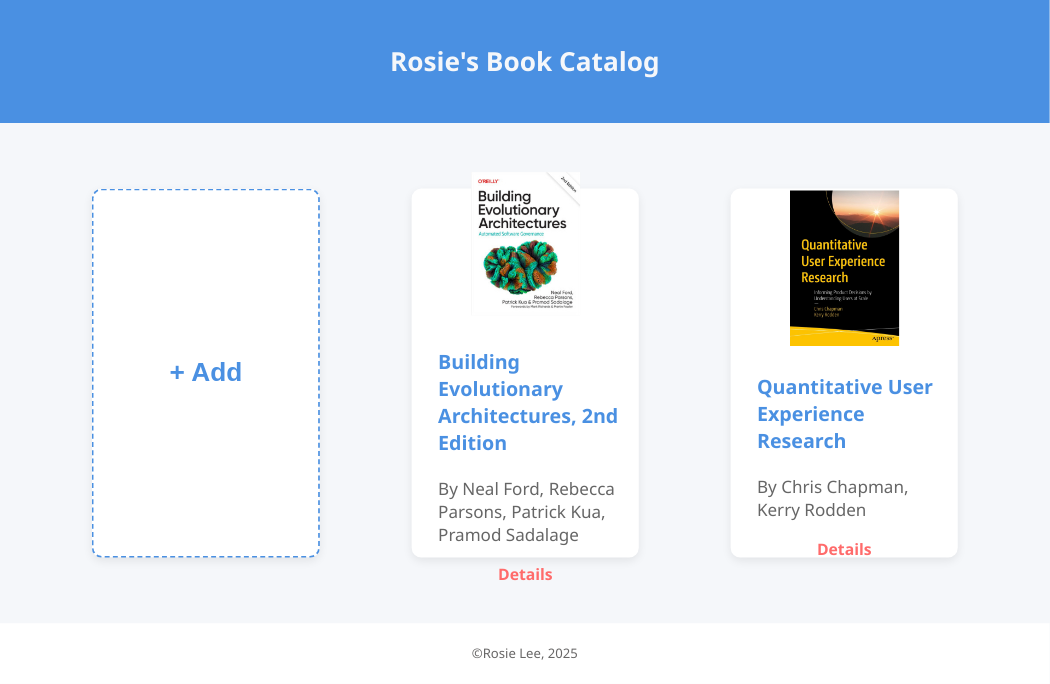
Repository: rosielee09/book-catalog
Page: /
The author's editor kept a copy of each file at every save. The page is drawn from the files as they stood at one save, then again after the next save.
The browser window is 1280 px wide. The pictures show the whole page, at 82% of full size.
The project was rebuilt for these pictures with package versions that can differ from the ones it lists, and the page was loaded fresh each time. Also part of the build but not shown: vite.config.js.

Above is the page before, as saved 2025-09-12 21:48:00.

After the next save:
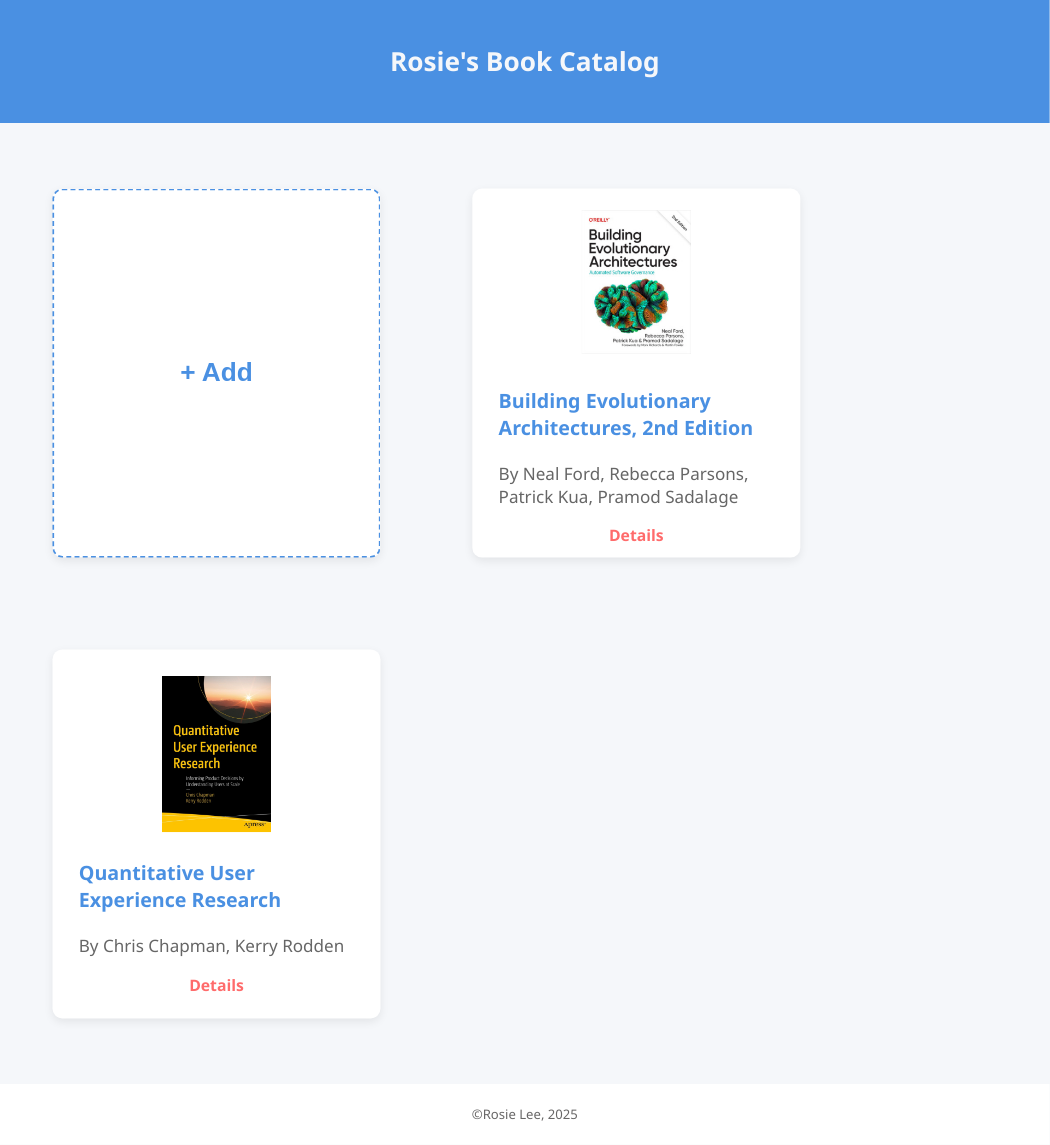
Saved 3 min 13 s later.
--- a/src/index.css
+++ b/src/index.css
@@ -45,9 +45,10 @@
 
 .content {
 	display: flex;
-	justify-content: left;
+	flex-wrap: wrap;
+	justify-content: flex-start;
 	gap: 3rem;
-	margin: 3rem 5rem;
+	margin: 3rem 2rem;
 }
 
 .card {
